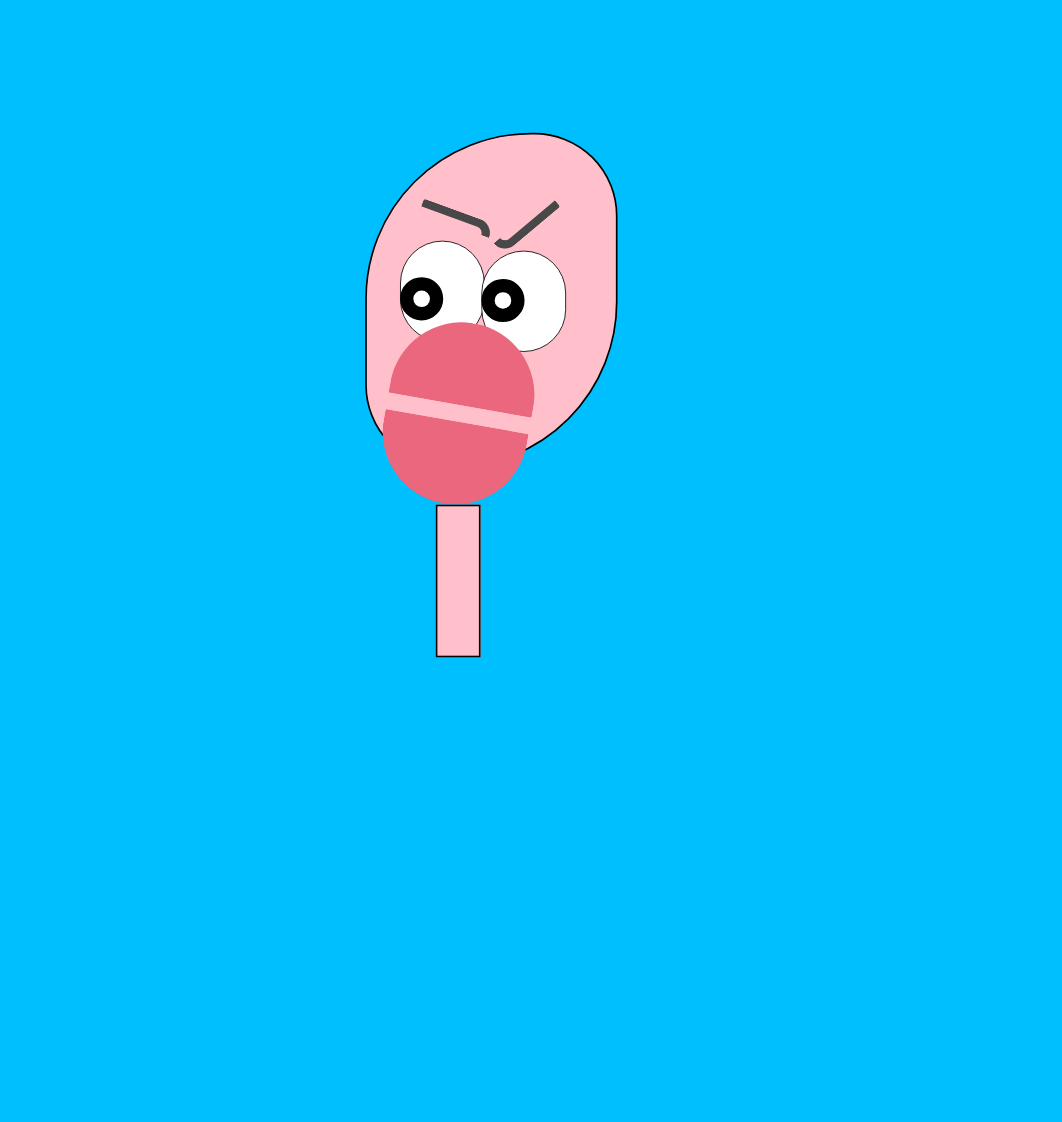
Repository: rodwestmoreland/1150
Page: cssCritter/index.html
An editor plug-in stored every save of this project. The page is shown before and after the next save, followed by the edit.
The browser window is 1280 px wide. The pictures show the whole page, at 83% of full size.

Above is the page before, as saved 2021-01-25 22:43:29.

After the next save:
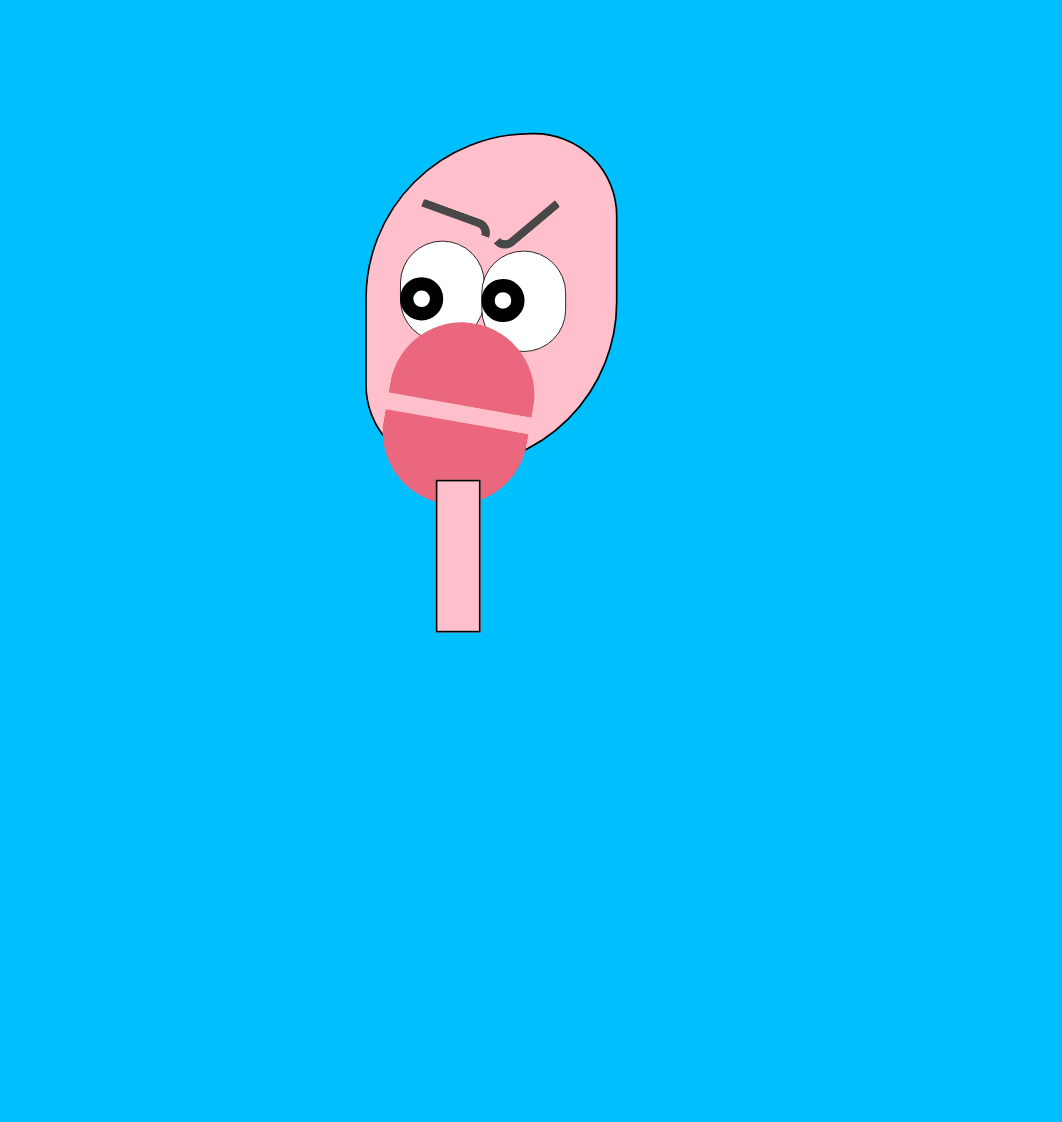
Saved 5 s later.
--- a/cssCritter/style.css
+++ b/cssCritter/style.css
@@ -110,6 +110,6 @@ body{
    background-color: pink;
    position: relative;
     left: 85px;
-    top: -560px;
+    top: -590px;
 
  }
